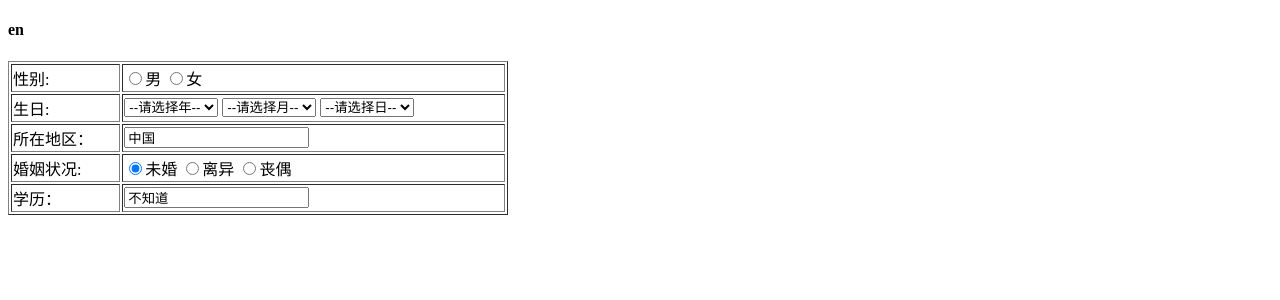
Repository: Qwenicq/My_project
Page: html/HTML_learning/exampl.html
The author's editor kept a copy of each file at every save. The page is drawn from the files as they stood at one save, then again after the next save.
The browser window is 1280 px wide. The pictures show the whole page.

Above is the page before, as saved 2023-03-29 21:56:12.

### html/HTML_learning/exampl.html
<!DOCTYPE html>
<html lang="zh-CN">
<head>
    <meta charset="UTF-8">
    <meta http-equiv="X-UA-Compatible" content="IE=edge">
    <meta name="viewport" content="width=device-width, initial-scale=1.0">
    <title>Document</title>
</head>
<body>
    <h4>en</h4>
    <table width="500" border="1">
        <tr>
            <td>性别:</td>
            <td>
                <input type="radio" name="sex" id="man"><label for="man">男</label>
                <input type="radio" name="sex" id="woman"><label for="woman">女</labelfor>
            </td>
        </tr>
        <tr>
            <td>生日:</td>
            <td>
                <select name="" id="">
                    <option value="">--请选择年--</option>
                    <option value="">2001</option>
                    <option value="">2002</option>
                    <option value="">2003</option>
                    <option value="">2004</option>
                </select>
                <select name="" id="">
                    <option value="">--请选择月--</option>
                    <option value="">1</option>
                    <option value="">2</option>
                    <option value="">3</option>
                    <option value="">4</option>
                    <option value="">5</option>
                    <option value="">6</option>
                    <option value="">7</option>
                    <option value="">8</option>
                </select>
                <select name="" id="">
                    <option value="">--请选择日--</option>
                    <option value="">1</option>
                    <option value="">2</option>
                    <option value="">3</option>
                    <option value="">4</option>
                    <option value="">5</option>
                    <option value="">6</option>
                    <option value="">7</option>
                    <option value="">8</option>
                </select>
            </td>
        </tr>
        <tr>
            <td>所在地区：</td>
            <td><input type="text" value="中国"></td>
        </tr>
        <tr>
            <td>婚姻状况:</td>
            <td>
                <input type="radio" name="marry" id="weihun" checked><label for="weihun">未婚</label>
                <input type="radio" name="marry" id="liyi"><label for="liyi">离异</labelfor>
                <input type="radio" name="marry" id="sangou"><label for="sangou">丧偶</labelfor>
            </td>
        </tr>
        <tr>
            <td>学历：</td>
            <td><input type="text" value="不知道"></td>
        </tr>
    </table>
</body>
</html>

After the next save:
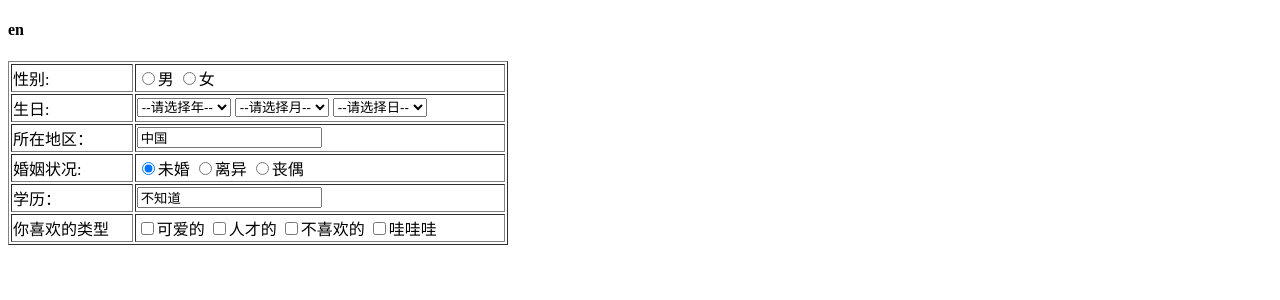
Saved 2 min 24 s later.
--- a/html/HTML_learning/exampl.html
+++ b/html/HTML_learning/exampl.html
@@ -66,6 +66,16 @@
             <td>学历：</td>
             <td><input type="text" value="不知道"></td>
         </tr>
+        <tr>
+            <td>你喜欢的类型</td>
+            <td>
+                <input type="checkbox" name="love">可爱的
+                <input type="checkbox" name="love">人才的
+                <input type="checkbox" name="love">不喜欢的
+                <input type="checkbox" name="love">哇哇哇
+            </td>
+        </tr>
+
     </table>
 </body>
 </html>
